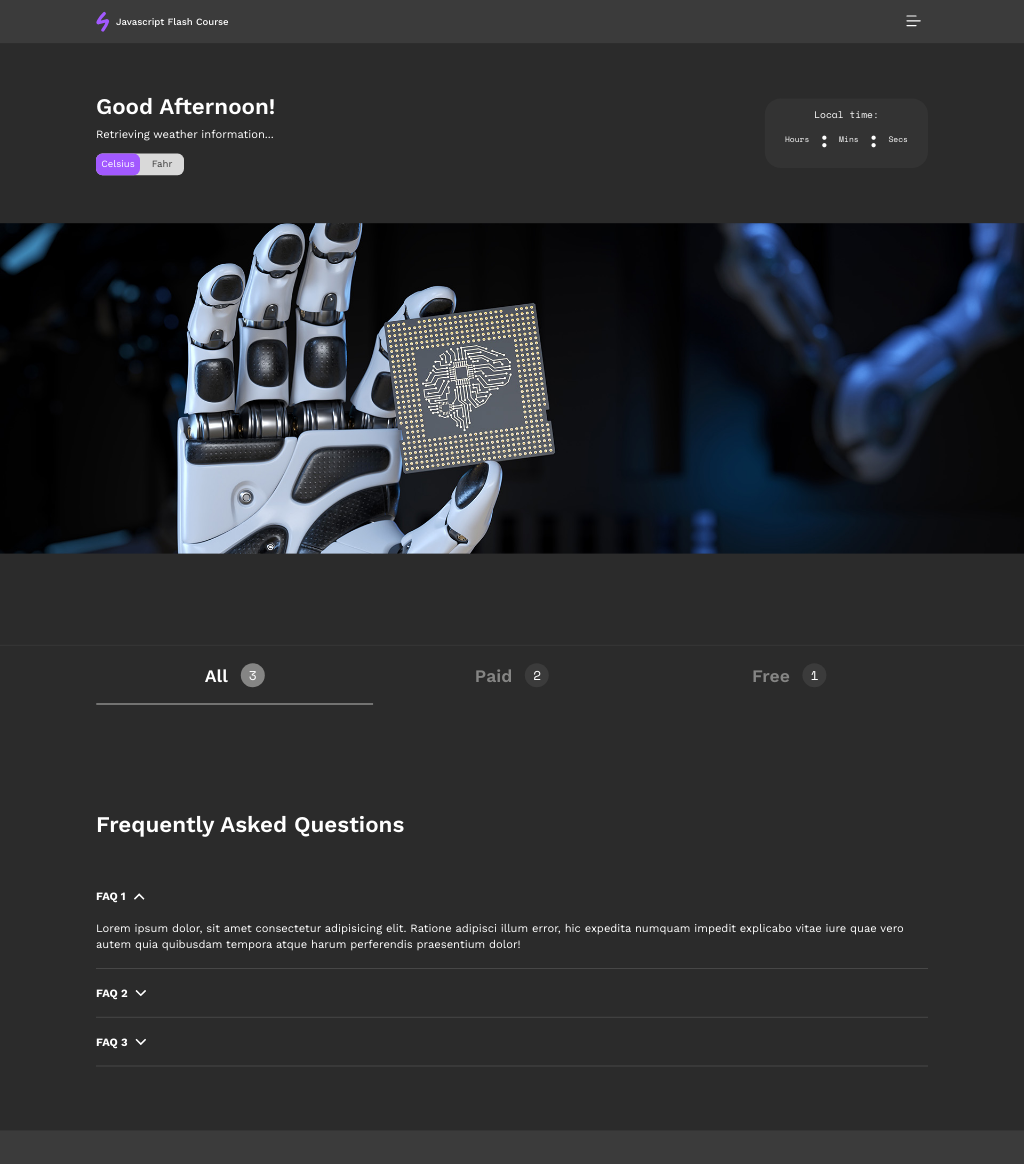
Repository: GettieSirma/JAVASCRIPT-TEST
Page: index.html
An editor plug-in stored every save of this project. The page is shown before and after a run of saves, followed by the edit.
The browser window is 1280 px wide. The pictures show the whole page, at 80% of full size.

Above is the page before, as saved 2024-04-24 11:29:15.
Not found: main.js

After the next 2 saves:
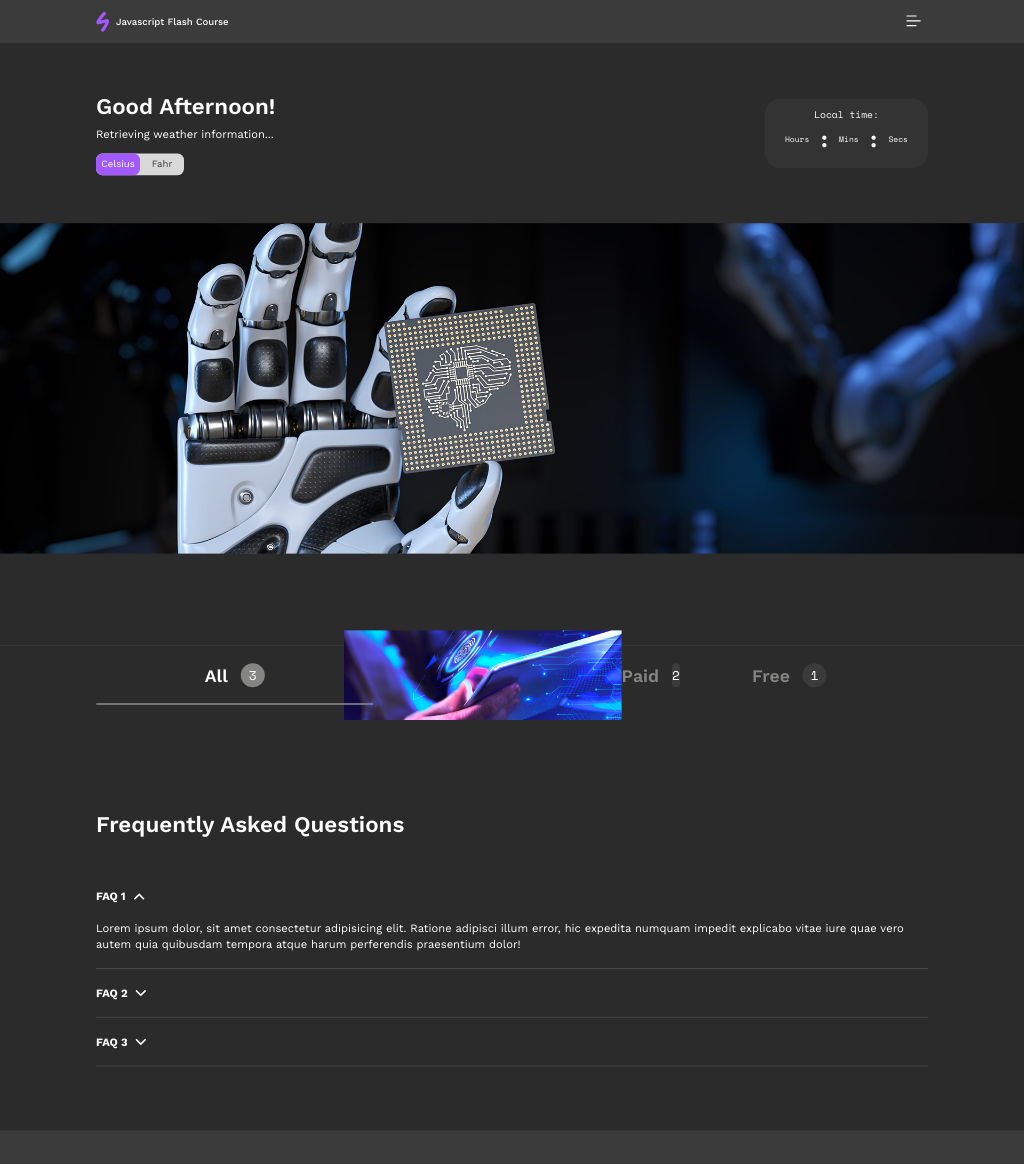
The 2 saves are shown as one change because they came seconds apart.
The last was saved 6 s later.
--- a/index.html
+++ b/index.html
@@ -161,7 +161,7 @@
           </label>
                 <input type="radio" id="paid" name="products" />
                 <label for="paid">
-
+                  <img src="assets/gallery/image2.jpg" alt="">
             Paid
             <span class="product-amount">2</span>
           </label>
